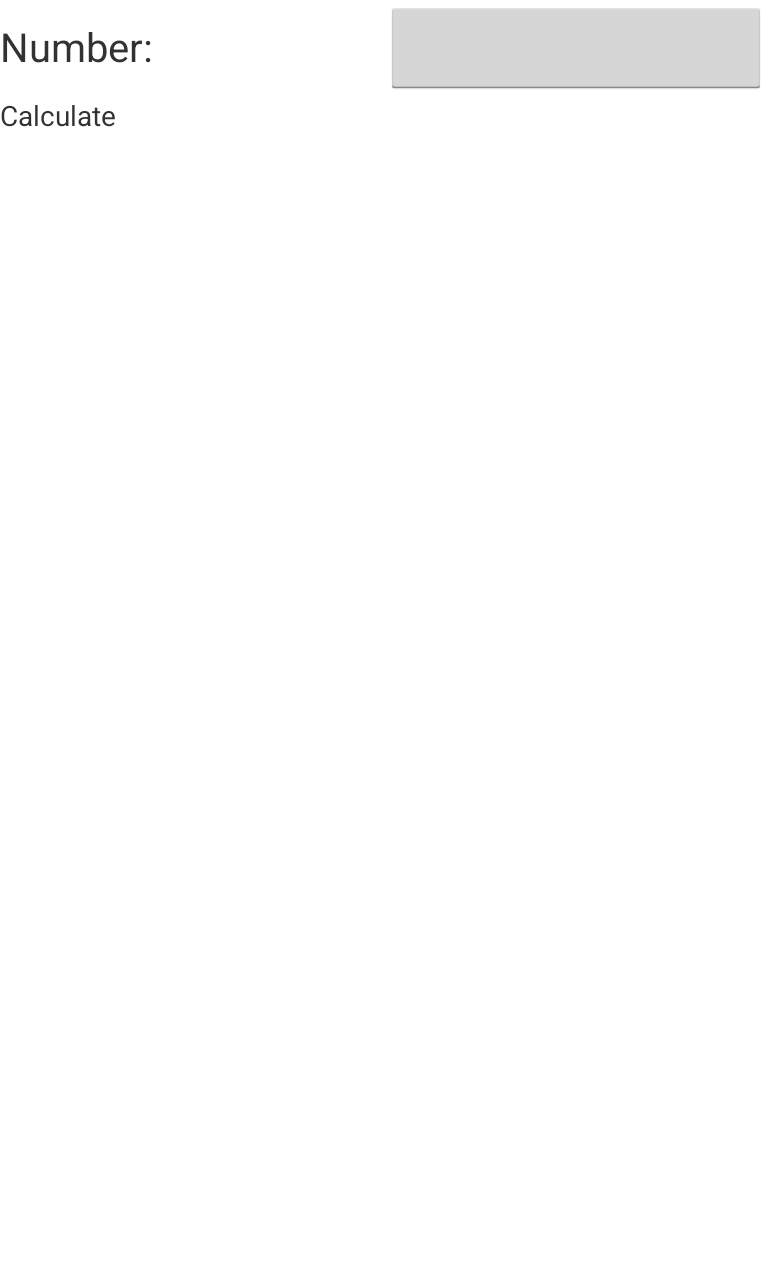
Repository: Liu-D-Henrry/Android
Layout: DemoHandler/res/layout/calculator.xml
These files come from the project's save history. The layout is drawn as it stood at one moment and after the next save; the edit follows.
It is drawn on a 768 x 1280 px phone screen (xhdpi) without system bars, with theme AppTheme; the app's code is not run.

Above is the layout before, as saved 2013-08-28 04:21:24.

### DemoHandler/res/layout/calculator.xml
<?xml version="1.0" encoding="utf-8"?>
<LinearLayout xmlns:android="http://schemas.android.com/apk/res/android"
    android:layout_width="match_parent"
    android:layout_height="match_parent"
    android:orientation="vertical" >

    <LinearLayout
        android:layout_width="match_parent"
        android:layout_height="wrap_content"
        android:orientation="horizontal" >

    	<TextView
     	   	android:layout_width="0dp"
     	   	android:layout_height="wrap_content"
			android:layout_weight="1"
			android:textSize="20sp"
        	android:text="@string/textNum" />

    	<Button
        	android:id="@+id/editNum"
        	android:layout_width="0dp"
       		android:layout_height="wrap_content"
       		android:layout_weight="1"
        	android:inputType="number" />

    </LinearLayout>

    <TextView
        android:id="@+id/calculate"
        android:layout_width="wrap_content"
        android:layout_height="wrap_content"
        android:text="@string/buttonCalculate" />

</LinearLayout>

### DemoHandler/res/values/strings.xml
<?xml version="1.0" encoding="utf-8"?>
<resources>

    <string name="app_name">DemoHandler</string>
    <string name="action_settings">Settings</string>
    <string name="hello_world">Hello world!</string>

    <string name="textNum">Number: </string>
    <string name="buttonCalculate">Calculate</string>

</resources>

Loaded but not shown: DemoHandler/res/values/styles.xml (common file); DemoHandler/res/values-v11/styles.xml (common file); DemoHandler/res/values-v14/styles.xml (common file)

After the next save:
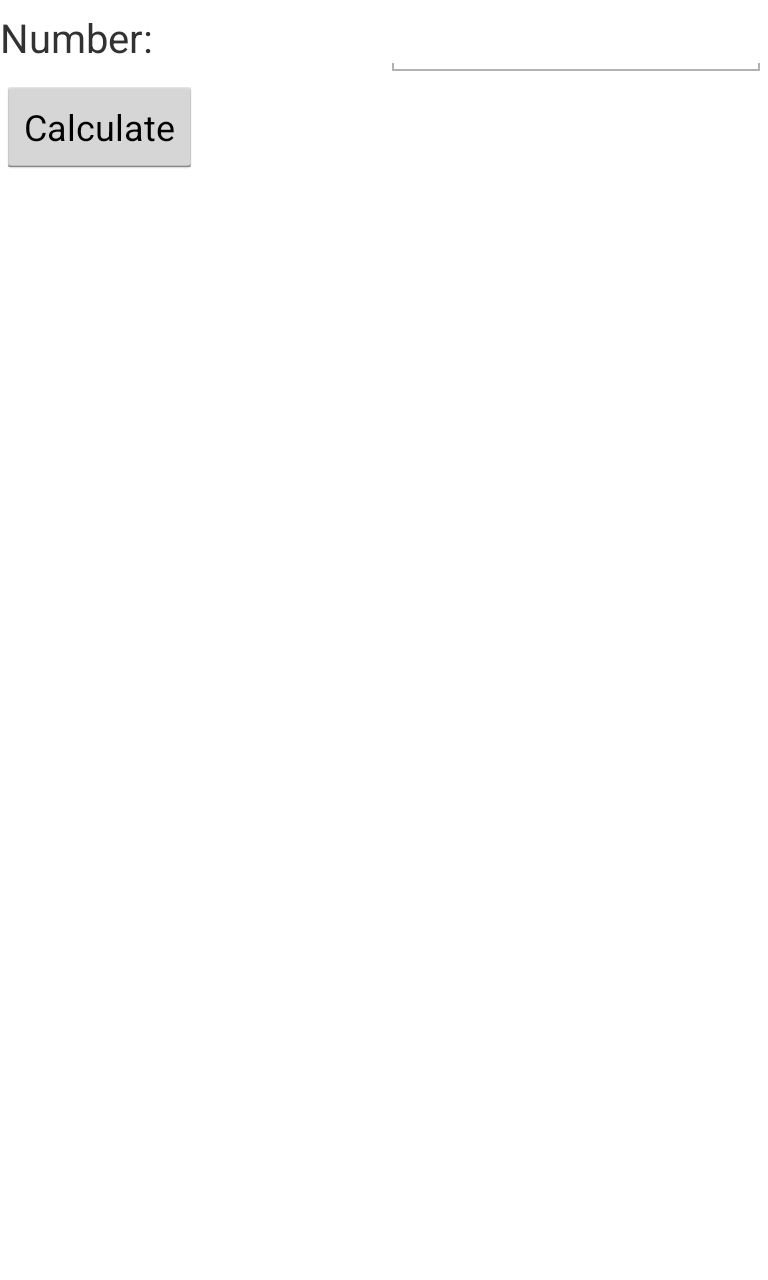
Saved 34 s later.
--- a/DemoHandler/res/layout/calculator.xml
+++ b/DemoHandler/res/layout/calculator.xml
@@ -16,7 +16,7 @@
 			android:textSize="20sp"
         	android:text="@string/textNum" />
 
-    	<Button
+    	<EditText
         	android:id="@+id/editNum"
         	android:layout_width="0dp"
        		android:layout_height="wrap_content"
@@ -25,7 +25,7 @@
 
     </LinearLayout>
 
-    <TextView
+    <Button
         android:id="@+id/calculate"
         android:layout_width="wrap_content"
         android:layout_height="wrap_content"
